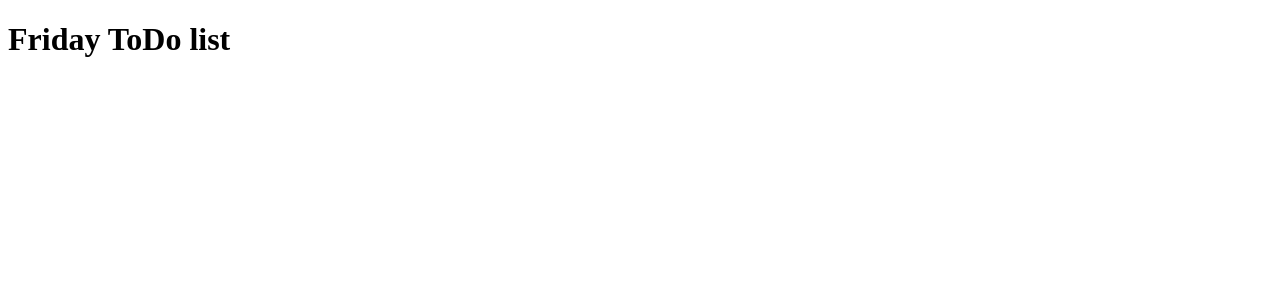
Repository: DESTINYAS/ToDo-List
Page: http://localhost/
The author's editor kept a copy of each file at every save. The page is drawn from the files as they stood at one save, then again after a run of saves.
The browser window is 1280 px wide. The pictures show the whole page.
The page is served by the project's Node server (app.js).

Above is the page before, as saved 2022-08-23 16:08:25.

After the next 2 saves:
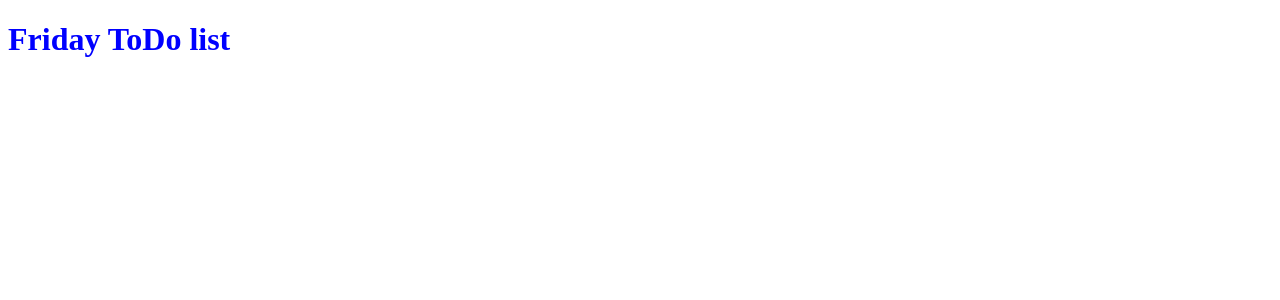
The 2 saves are shown as one change because 1 did not build or start.
The last was saved 114 min 3 s later.
--- a/views/list.ejs
+++ b/views/list.ejs
@@ -7,6 +7,10 @@
     <title>To do list</title>
   </head>
   <body>
-    <h1><%= kindOfDay %> ToDo list</h1>
+    <% if (kindOfDay===0 || kindOfDay===6){ %>
+    <h1 style="color: purple"><%= kindOfDay %> ToDo list</h1>
+    <% }else {%>
+    <h1 style="color: blue"><%= kindOfDay %> ToDo list</h1>
+    <% } %>
   </body>
 </html>
